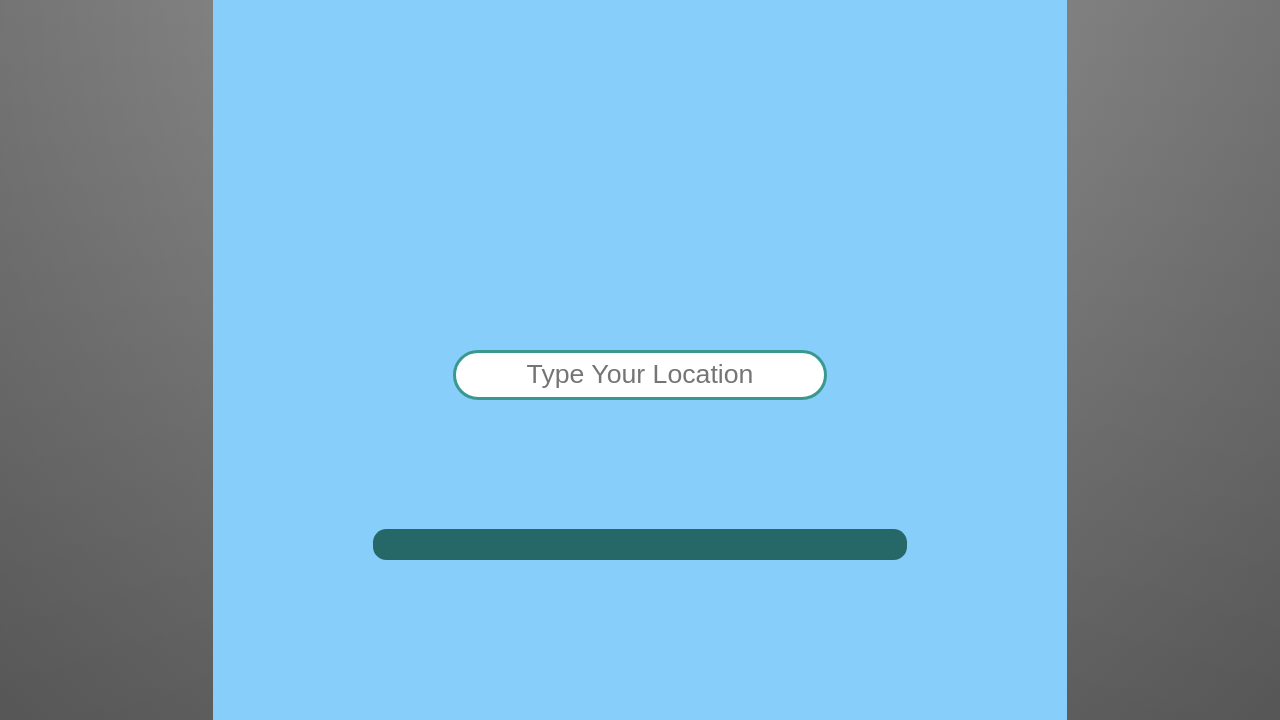
Repository: Heidingg/weather_app
Page: /
An editor plug-in stored every save of this project. The page is shown before and after the next save, followed by the edit.
The browser window is 1280 px wide. The pictures show the whole page.
The project was rebuilt for these pictures with package versions that can differ from the ones it lists, and the page was loaded fresh each time. The framework's server and built-in components were replaced by stand-ins that run in the browser. Also part of the build but not shown: next.config.js.

Above is the page before, as saved 2023-01-23 01:51:07.

### pages/index.js
import Head from 'next/head';
import Image from 'next/image';
import { Inter } from '@next/font/google';
import styles from '../styles/Home.module.css';
import { useState } from 'react';
import React from 'react';
import axios from 'axios';

const inter = Inter({ subsets: ['latin'] })

export default function Home() {

  const [location, setLocation] = useState('');
  const [data, setData] = useState({});
  const [weather, setWeather] = useState();
  const [main, setMain] = useState();
  const [wind, setWind] = useState();
  const [errorMessage, setErrorMessage] = useState('');
  const [icon, setIcon] = useState('');
  var lang = "en";
  var units = "metric";
  var apiKey = "8a3b66428312171f7c96dafa7cbc5a31";

  const url = `https://api.openweathermap.org/data/2.5/weather?q=${location}&units=${units}&appid=${apiKey}&lang=${lang}`;


  const searchLocation = (event) => {
    if (event.key === 'Enter') {
      axios.get(url)
        .then((response) => {
          console.clear();
          setData(response.data);
          console.log(response.data);
          setWeather(response.data.weather);
          setMain(response.data.main)
          setWind(response.data.wind);
          setIcon(response.data.icon);
          setErrorMessage("");
        }).catch(err => {
          console.log(err);
          setErrorMessage("Please enter another location");
          setData({});
          setWeather();
          setMain();
          setWind();
          setIcon();
        })
      setLocation('')
    }
  }


  return (
    <>
      <Head>
        <title>Loweather</title>
        <meta name="description" content="Generated by create next app" />
        <meta name="viewport" content="width=device-width, initial-scale=1" />
        <link rel="icon" href="cloudy.png" alt=""/>
      </Head>

      <main className={styles.main}>
        <div className={styles.location}></div>
          <div className={styles.locationIcon}>
          <div className={styles.locationName}>
            {data.name}
          </div>
        </div>

        <div className={styles.errorMess}>{errorMessage}</div>

        <input id={styles.input}
          value={location}
          onChange={event => setLocation(event.target.value)}
          placeholder="Type Your Location"
          onKeyDown={searchLocation}
          type="text"
        >
        </input>


    <div className={styles.searchContainer}></div>
        <div className={styles.weatherData}>
          <div className={styles.weatherCondition}>
            {
              weather && weather.map((w, index) => {
                return (
                  <div key={index}>
                    <img className={styles.iconStyle} src={`http://openweathermap.org/img/wn/${w.icon}@2x.png`}></img>

                  </div>
                )
              })
            }
          </div>

          {
            weather && weather.map((w, index) => {
              return (
                <div key={index}>
                  <div className={styles.description}>{w.description}</div>
                </div>
              )
            })
          }

          {
            main && weather.map(() => {
              return (
                <div>
                  <div className={styles.weatherTemp}> {main.temp}&#176;C</div>
                  <div className={styles.weatherFeel}>Feels like: {main.feels_like}&#176;C</div>
                </div>

              )
            })
          }

          {
            wind && weather.map(() => {
              return (
                <div>
                  <div className={styles.weatherWind}>Wind: {wind.gust} m/s</div>
                </div>
              )
            })
          }

        </div>
      </main>
    </>
)
}

### styles/globals.css
:root {
  --max-width: 1100px;
  --border-radius: 12px;
  --font-mono: ui-monospace, Menlo, Monaco, 'Cascadia Mono', 'Segoe UI Mono',
    'Roboto Mono', 'Oxygen Mono', 'Ubuntu Monospace', 'Source Code Pro',
    'Fira Mono', 'Droid Sans Mono', 'Courier New', monospace;

  --foreground-rgb: 0, 0, 0;
  --background-start-rgb: 214, 219, 220;
  --background-end-rgb: 255, 255, 255;

  --primary-glow: conic-gradient(
    from 180deg at 50% 50%,
    #16abff33 0deg,
    #0885ff33 55deg,
    #54d6ff33 120deg,
    #0071ff33 160deg,
    transparent 360deg
  );
  --secondary-glow: radial-gradient(
    rgba(255, 255, 255, 1),
    rgba(255, 255, 255, 0)
  );

  --tile-start-rgb: 239, 245, 249;
  --tile-end-rgb: 228, 232, 233;
  --tile-border: conic-gradient(
    #00000080,
    #00000040,
    #00000030,
    #00000020,
    #00000010,
    #00000010,
    #00000080
  );

  --callout-rgb: 238, 240, 241;
  --callout-border-rgb: 172, 175, 176;
  --card-rgb: 180, 185, 188;
  --card-border-rgb: 131, 134, 135;
}

@media (prefers-color-scheme: dark) {
  :root {
    --foreground-rgb: 255, 255, 255;
    --background-start-rgb: 0, 0, 0;
    --background-end-rgb: 0, 0, 0;

    --primary-glow: radial-gradient(rgba(1, 65, 255, 0.4), rgba(1, 65, 255, 0));
    --secondary-glow: linear-gradient(
      to bottom right,
      rgba(1, 65, 255, 0),
      rgba(1, 65, 255, 0),
      rgba(1, 65, 255, 0.3)
    );

    --tile-start-rgb: 2, 13, 46;
    --tile-end-rgb: 2, 5, 19;
    --tile-border: conic-gradient(
      #ffffff80,
      #ffffff40,
      #ffffff30,
      #ffffff20,
      #ffffff10,
      #ffffff10,
      #ffffff80
    );

    --callout-rgb: 20, 20, 20;
    --callout-border-rgb: 108, 108, 108;
    --card-rgb: 100, 100, 100;
    --card-border-rgb: 200, 200, 200;
  }
}

* {
  box-sizing: border-box;
  padding: 0;
  margin: 0;
  font-family: "Montserrat", sans-serif;
  font-size: 20pt;
}

.input{
  width: 80%;
  display: flex;
  background-color: light yellowgreen;
}

.input.input-placeholder{
  outline: none;
    padding: 0.4em 1em;
    color: lightseagreen;
    font-family: inherit;
    font-size: 22px;
    width: 520px;
    height: 43px;
}

html,
body {
  display: flex;
  justify-content: center;
  align-items: center;
  height: 100vh;
  background: linear-gradient(to bottom, rgba(255,255,255,0.15) 0%, rgba(0,0,0,0.15) 100%), radial-gradient(at top center, rgba(255,255,255,0.40) 0%, rgba(0,0,0,0.40) 120%) #989898;
  background-blend-mode: multiply,multiply;
}

body {
  color: rgb(var(--foreground-rgb));
  background: linear-gradient(
      to bottom,
      transparent,
      rgb(var(--background-end-rgb))
    )
    rgb(var(--background-start-rgb));
}

a {
  color: inherit;
  text-decoration: none;
}

@media (prefers-color-scheme: dark) {
  html {
    color-scheme: dark;
  }
}

### styles/Home.module.css
.main {
  display: flex;
  flex-direction: column;
  justify-content: space-between;
  align-items: center;
  padding: 6rem;
  min-height: 100vh;
  background-color: lightskyblue;
}

.description {
  display: inherit;
  justify-content: inherit;
  align-items: inherit;
  max-width: var(--max-width);
  width: 100%;
  z-index: 2;
  text-transform: capitalize;

}
.iconStyle{
  width: 200px;
  height: 200px;
}
.weatherData{
  text-align: center;
}
.weatherTemp{
  font-size: 50px;
  margin-top:30px
}
.weatherFeel{
  font-size: 20px;
margin-top: 20px;
}
.weatherWind{
  font-size: 20px;

}
.description a {
  display: flex;
  justify-content: center;
  align-items: center;
  gap: 0.5rem;

}

.description p {
  position: relative;
  margin: 0;
  padding: 1rem;
  background-color: rgba(var(--callout-rgb), 0.5);
  border: 1px solid rgba(var(--callout-border-rgb), 0.3);
  border-radius: var(--border-radius);
}

.code {
  font-weight: 700;
  font-family: var(--font-mono);
}

.grid {
  display: grid;
  grid-template-columns: repeat(4, minmax(25%, auto));
  width: var(--max-width);
  max-width: 100%;
}

.card {
  padding: 1rem 1.2rem;
  border-radius: var(--border-radius);
  background: rgba(var(--card-rgb), 0);
  border: 1px solid rgba(var(--card-border-rgb), 0);
  transition: background 200ms, border 200ms;
}

.card span {
  display: inline-block;
  transition: transform 200ms;
}

.card h2 {
  font-weight: 600;
  margin-bottom: 0.7rem;
}

.card p {
  margin: 0;
  opacity: 0.6;
  font-size: 0.9rem;
  line-height: 1.5;
  max-width: 30ch;
}

.center {
  display: flex;
  justify-content: center;
  align-items: center;
  position: relative;
  padding: 4rem 0;
}
#input{
  margin: 10px;
border: 3px solid #39998e;
border-radius: 30px;
text-align: center;
width: 70%;
height: 50px;
}

.center::before {
  background: var(--secondary-glow);
  border-radius: 50%;
  width: 480px;
  height: 360px;
  margin-left: -400px;
}

.center::after {
  background: var(--primary-glow);
  width: 240px;
  height: 180px;
  z-index: -1;
}

.center::before,
.center::after {
  content: '';
  left: 50%;
  position: absolute;
  filter: blur(45px);
  transform: translateZ(0);
}

.logo,
.thirteen {
  position: relative;
}

.thirteen {
  display: flex;
  justify-content: center;
  align-items: center;
  width: 75px;
  height: 75px;
  padding: 25px 10px;
  margin-left: 16px;
  transform: translateZ(0);
  border-radius: var(--border-radius);
  overflow: hidden;
  box-shadow: 0px 2px 8px -1px #c9a5a51a;
}

.thirteen::before,
.thirteen::after {
  content: '';
  position: absolute;
  z-index: -1;
}

/* Conic Gradient Animation */
.thirteen::before {
  animation: 6s rotate linear infinite;
  width: 200%;
  height: 200%;
  background: var(--tile-border);
}

/* Inner Square */
.thirteen::after {
  inset: 0;
  padding: 1px;
  border-radius: var(--border-radius);
  background: linear-gradient(
    to bottom right,
    rgba(var(--tile-start-rgb), 1),
    rgba(var(--tile-end-rgb), 1)
  );
  background-clip: content-box;
}

/* Enable hover only on non-touch devices */
@media (hover: hover) and (pointer: fine) {
  .card:hover {
    background: rgba(var(--card-rgb), 0.1);
    border: 1px solid rgba(var(--card-border-rgb), 0.15);
  }

  .card:hover span {
    transform: translateX(4px);
  }
}

@media (prefers-reduced-motion) {
  .thirteen::before {
    animation: none;
  }

  .card:hover span {
    transform: none;
  }
}

/* Mobile */
@media (max-width: 700px) {
  .content {
    padding: 4rem;
  }

  .grid {
    grid-template-columns: 1fr;
    margin-bottom: 120px;
    max-width: 320px;
    text-align: center;
  }

  .card {
    padding: 1rem 2.5rem;
  }

  .card h2 {
    margin-bottom: 0.5rem;
  }

  .center {
    padding: 8rem 0 6rem;
  }

  .center::before {
    transform: none;
    height: 300px;
  }

  .description {
    font-size: 0.8rem;
  }

  .description a {
    padding: 1rem;
  }

  .description p,
  .description div {
    display: flex;
    justify-content: center;
    position: fixed;
    width: 100%;
  }

  .description p {
    align-items: center;
    inset: 0 0 auto;
    padding: 2rem 1rem 1.4rem;
    border-radius: 0;
    border: none;
    border-bottom: 1px solid rgba(var(--callout-border-rgb), 0.25);
    background: linear-gradient(
      to bottom,
      rgba(var(--background-start-rgb), 1),
      rgba(var(--callout-rgb), 0.5)
    );
    background-clip: padding-box;
    backdrop-filter: blur(24px);
  }

  .description div {
    align-items: flex-end;
    pointer-events: none;
    inset: auto 0 0;
    padding: 2rem;
    height: 200px;
    background: linear-gradient(
      to bottom,
      transparent 0%,
      rgb(var(--background-end-rgb)) 40%
    );
    z-index: 1;
  }
}

/* Tablet and Smaller Desktop */
@media (min-width: 701px) and (max-width: 1120px) {
  .grid {
    grid-template-columns: repeat(2, 50%);
  }
}

@media (prefers-color-scheme: dark) {
  .vercelLogo {
    filter: invert(1);
  }

  .logo,
  .thirteen img {
    filter: invert(1) drop-shadow(0 0 0.3rem #ffffff70);
  }
}

@keyframes rotate {
  from {
    transform: rotate(360deg);
  }
  to {
    transform: rotate(0deg);
  }
}



div.weatherData {
  display: flex;
  flex-direction: column;
  align-items: left;
  justify-content: center;
  line-height: 30pt;
  background-color: #266867;
  padding-top: 3pt;
  padding-bottom: 1rem;
  border-radius: 10pt;
  width: 20rem;
}

div.weatherCondition {
  text-align: center;
  color: green;
}

.weatherDesc {
  display: flex;
  flex-direction: row;
  align-items: left;

}

div.locationName {
  font-size: 30pt;
  color: darkgreen;
  font-weight: 600;
}

Loaded but not shown: pages/_app.js (common file); pages/_document.js (common file)

After the next save:
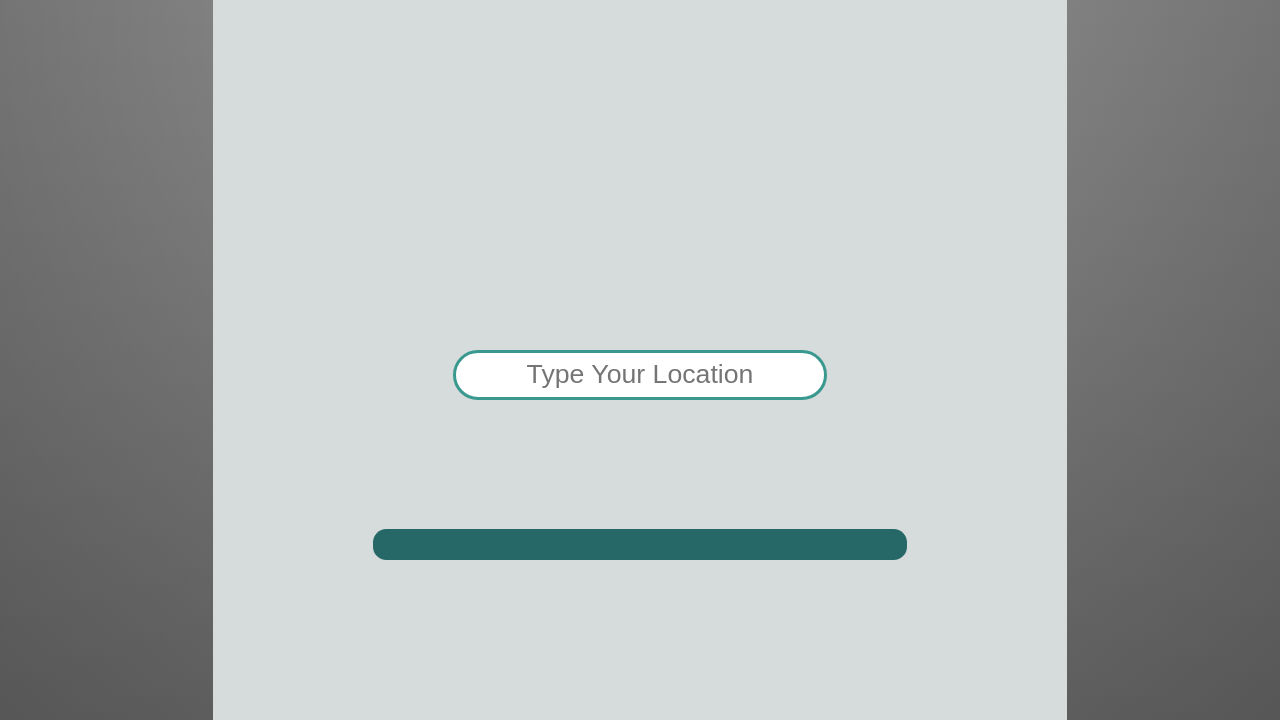
Saved 32 s later.
--- a/styles/Home.module.css
+++ b/styles/Home.module.css
@@ -5,7 +5,7 @@
   align-items: center;
   padding: 6rem;
   min-height: 100vh;
-  background-color: lightskyblue;
+  background-color: light yellowgreen;
 }
 
 .description {

After the save that followed:
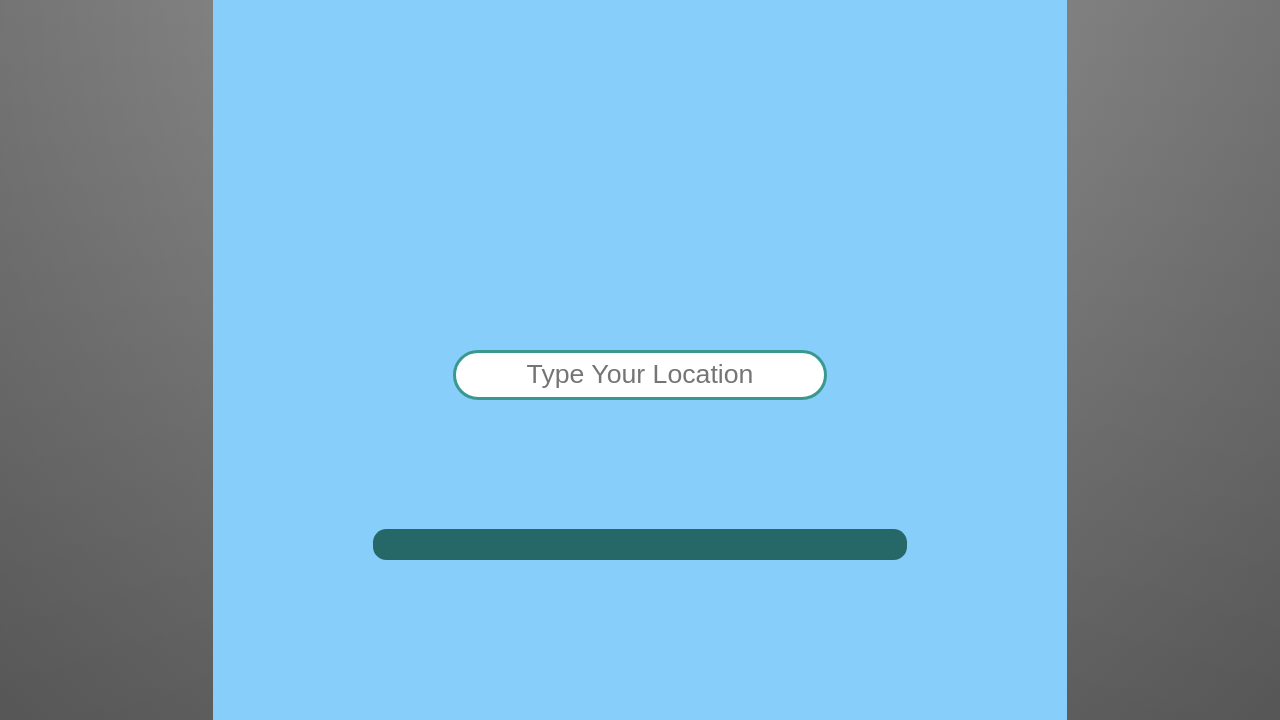
Saved 12 s later.
--- a/styles/Home.module.css
+++ b/styles/Home.module.css
@@ -5,7 +5,7 @@
   align-items: center;
   padding: 6rem;
   min-height: 100vh;
-  background-color: light yellowgreen;
+  background-color: lightskyblue;
 }
 
 .description {
